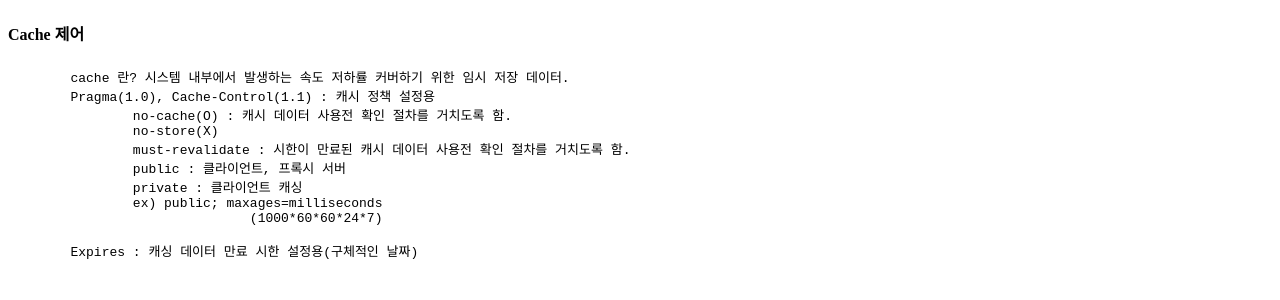
Repository: YOUNARAE/JSP
Page: http://localhost/WebStudy01/05/cacheControl.jsp
The author's editor kept a copy of each file at every save. The page is drawn from the files as they stood at one save, then again after the next save.
The browser window is 1280 px wide. The pictures show the whole page.
The page is served by Tomcat 9.

Above is the page before, as saved 2022-12-13 07:13:50.

After the next save:
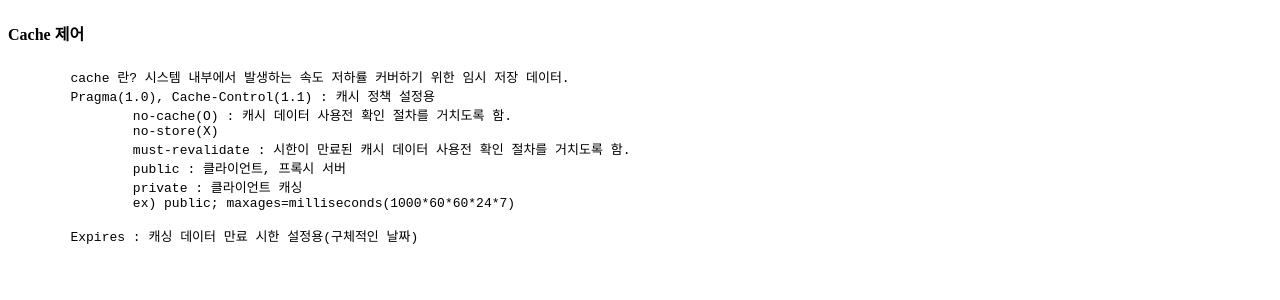
Saved 7 s later.
--- a/WebStudy01/src/main/webapp/05/cacheControl.jsp
+++ b/WebStudy01/src/main/webapp/05/cacheControl.jsp
@@ -16,8 +16,7 @@
 		must-revalidate : 시한이 만료된 캐시 데이터 사용전 확인 절차를 거치도록 함.
 		public : 클라이언트, 프록시 서버
 		private : 클라이언트 캐싱
-		ex) public; maxages=milliseconds
-		               (1000*60*60*24*7)
+		ex) public; maxages=milliseconds(1000*60*60*24*7)
 
 	Expires : 캐싱 데이터 만료 시한 설정용(구체적인 날짜)
 </pre>
